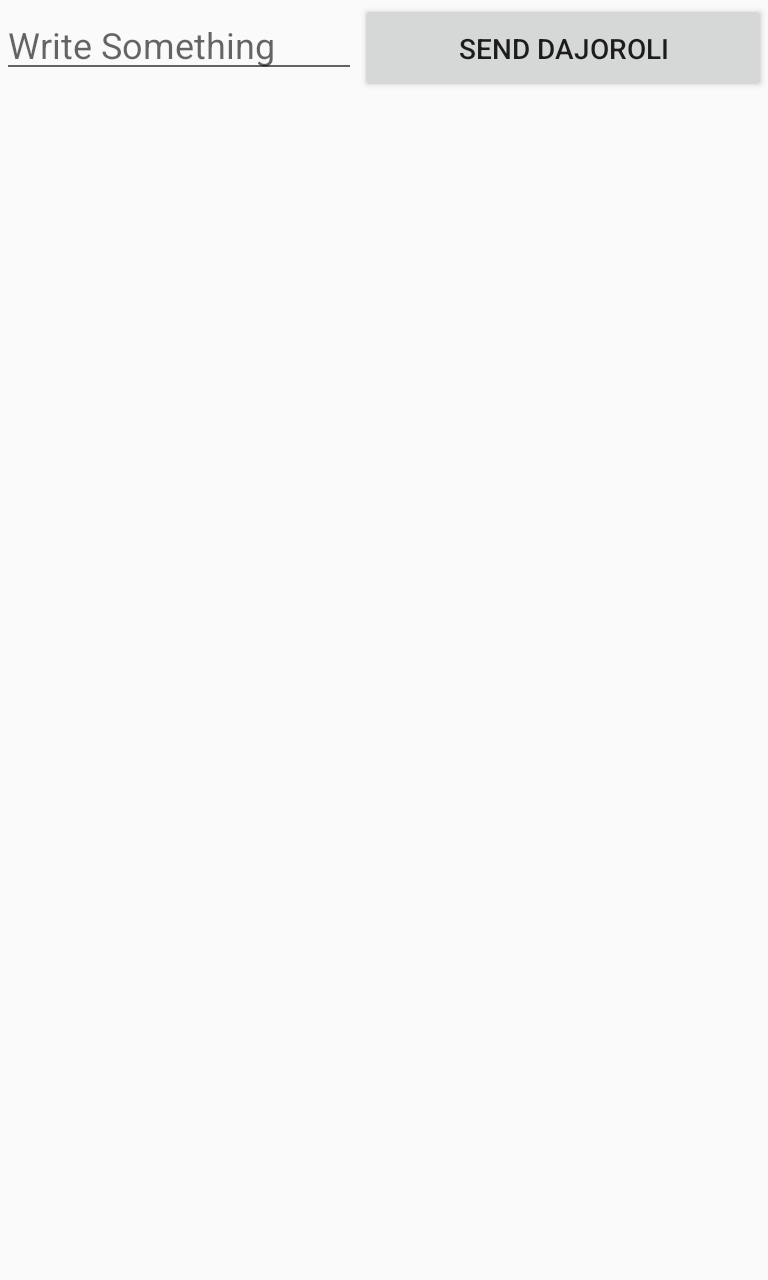
Repository: wisingd/Dajoroli
Layout: Workspace/MyFirstApp/res/layout/fragment_main.xml
The author's editor kept a copy of each file at every save. The layout is drawn from the files as they stood at one save, then again after the next save.
It is drawn on a 768 x 1280 px phone screen (xhdpi) without system bars, with theme AppTheme; the app's code is not run.

Above is the layout before, as saved 2014-04-20 10:47:50.

### Workspace/MyFirstApp/res/layout/fragment_main.xml
<!--<?xml version="1.0" encoding="utf-8"?>
<LinearLayout xmlns:android="http://schemas.android.com/apk/res/android"
    xmlns:tools="http://schemas.android.com/tools"
    android:layout_width="match_parent"
    android:layout_height="match_parent"
    android:orientation="horizontal">

    <EditText android:id="@+id/edit_message"
        android:layout_weight="1"
        android:layout_width="0dp"
        android:layout_height="wrap_content"
        android:hint="@string/edit_message" />

    <Button
        android:layout_width="wrap_content"
        android:layout_height="wrap_content"
        android:text="@string/button_send" />
</LinearLayout>-->


<LinearLayout xmlns:android="http://schemas.android.com/apk/res/android"
    xmlns:tools="http://schemas.android.com/tools"
    android:layout_width="match_parent"
    android:layout_height="match_parent"
    android:orientation="horizontal" >

    <EditText
        android:layout_weight="1"
        android:id="@+id/edit_message"
        android:layout_width="wrap_content"
        android:layout_height="wrap_content"
        android:hint="@string/edit_message" />

    <Button
        android:layout_weight="2"
        android:layout_width="wrap_content"
        android:layout_height="wrap_content"
        android:text="@string/button_send" />


</LinearLayout>

### Workspace/MyFirstApp/res/values/strings.xml
<?xml version="1.0" encoding="utf-8"?>
<resources>

    <string name="app_name">MyFirstApp</string>
    <string name="hello_world">Hello world! This is Dajoroli. You cant write text. Testing snapshot</string>
    <string name="action_settings">Settings</string>
    <string name="edit_message">Write Something</string>
    <string name="button_send">Send Dajoroli</string>


</resources>

Loaded but not shown: Workspace/MyFirstApp/res/values/styles.xml (common file); Workspace/MyFirstApp/res/values-v11/styles.xml (common file); Workspace/MyFirstApp/res/values-v14/styles.xml (common file)

After the next save:
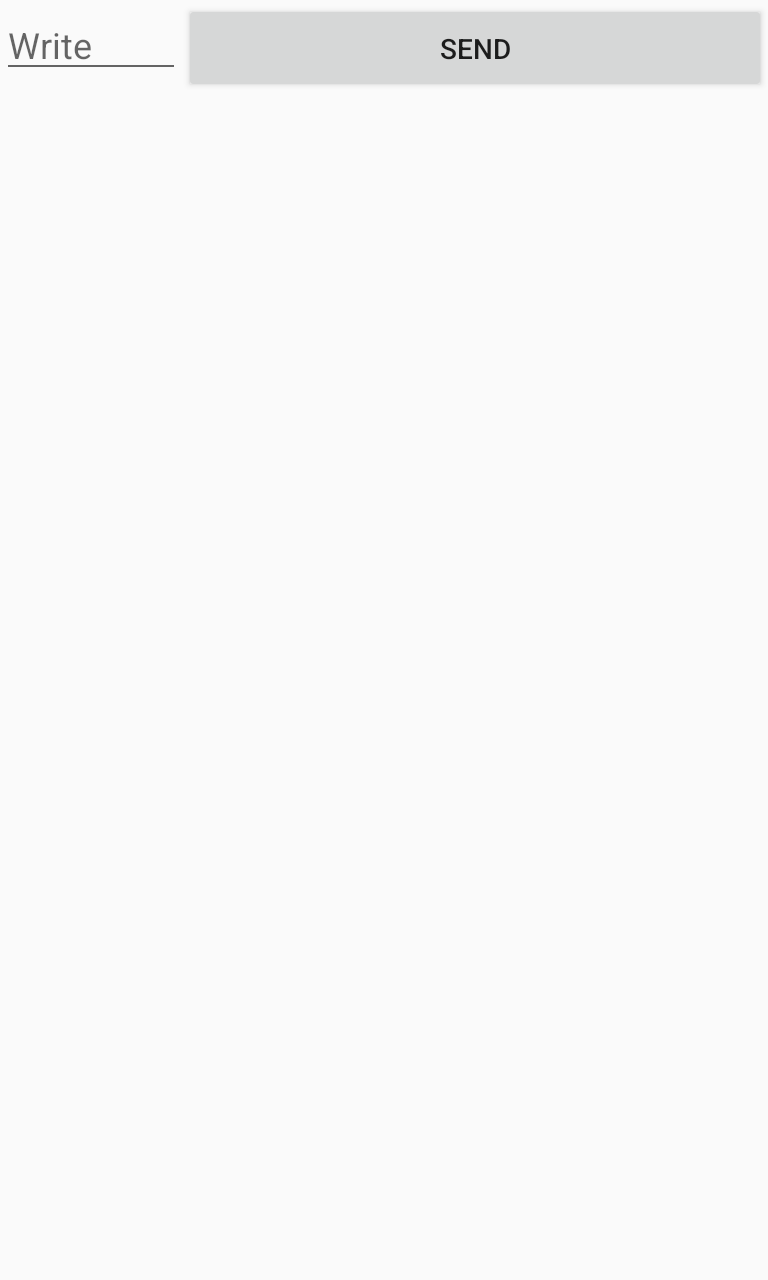
Saved 79 s later.
--- a/Workspace/MyFirstApp/res/layout/fragment_main.xml
+++ b/Workspace/MyFirstApp/res/layout/fragment_main.xml
@@ -32,7 +32,7 @@
         android:hint="@string/edit_message" />
 
     <Button
-        android:layout_weight="2"
+        android:layout_weight="5"
         android:layout_width="wrap_content"
         android:layout_height="wrap_content"
         android:text="@string/button_send" />
--- a/Workspace/MyFirstApp/res/values/strings.xml
+++ b/Workspace/MyFirstApp/res/values/strings.xml
@@ -4,8 +4,8 @@
     <string name="app_name">MyFirstApp</string>
     <string name="hello_world">Hello world! This is Dajoroli. You cant write text. Testing snapshot</string>
     <string name="action_settings">Settings</string>
-    <string name="edit_message">Write Something</string>
-    <string name="button_send">Send Dajoroli</string>
+    <string name="edit_message">Write</string>
+    <string name="button_send">Send</string>
 
 
 </resources>
